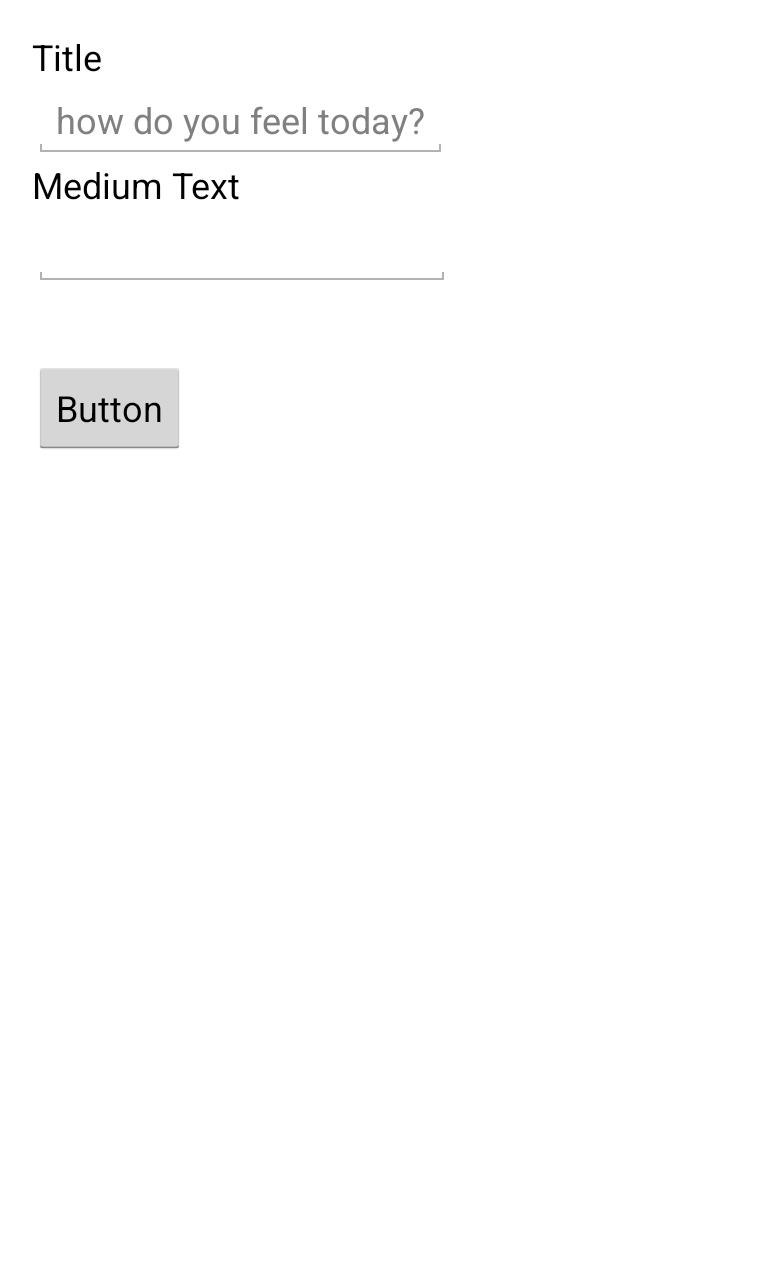
Repository: CMPUT301W14T11/Team11Prototype
Layout: LocationApp/res/layout/activity_enter_comments.xml
These files come from the project's save history. The layout is drawn as it stood at one moment and after the next save; the edit follows.
It is drawn on a 768 x 1280 px phone screen (xhdpi) without system bars, with theme AppTheme; the app's code is not run.

Above is the layout before, as saved 2014-02-18 17:47:58.

### LocationApp/res/layout/activity_enter_comments.xml
<LinearLayout xmlns:android="http://schemas.android.com/apk/res/android"
    xmlns:tools="http://schemas.android.com/tools"
    android:id="@+id/LinearLayout1"
    android:layout_width="match_parent"
    android:layout_height="match_parent"
    android:orientation="vertical"
    android:paddingBottom="@dimen/activity_vertical_margin"
    android:paddingLeft="@dimen/activity_horizontal_margin"
    android:paddingRight="@dimen/activity_horizontal_margin"
    android:paddingTop="@dimen/activity_vertical_margin"
    tools:context=".EnterCommentsActivity" >

    <TextView
        android:id="@+id/textView1"
        android:layout_width="wrap_content"
        android:layout_height="wrap_content"
        android:text="Title"
        android:textAppearance="?android:attr/textAppearanceMedium" />

    <EditText
        android:id="@+id/editText1"
        android:layout_width="wrap_content"
        android:layout_height="wrap_content"
        android:hint="how do you feel today?"
         >


    </EditText>

    <TextView
        android:id="@+id/textView2"
        android:layout_width="wrap_content"
        android:layout_height="wrap_content"
        android:text="Medium Text"
        android:textAppearance="?android:attr/textAppearanceMedium" />

    <EditText
        android:id="@+id/editText2"
        android:layout_width="wrap_content"
        android:layout_height="wrap_content"
        android:ems="10"
        android:inputType="textMultiLine" />

    <Button
        android:id="@+id/button1"
        android:layout_width="wrap_content"
        android:layout_height="wrap_content"
        android:layout_marginTop="36dp"
        android:text="Button" />

</LinearLayout>

Loaded but not shown: LocationApp/res/values/styles.xml (common file); LocationApp/res/values-v11/styles.xml (common file); LocationApp/res/values-v14/styles.xml (common file); LocationApp/res/values/dimens.xml (common file); LocationApp/res/values-w820dp/dimens.xml (common file)

After the next save:
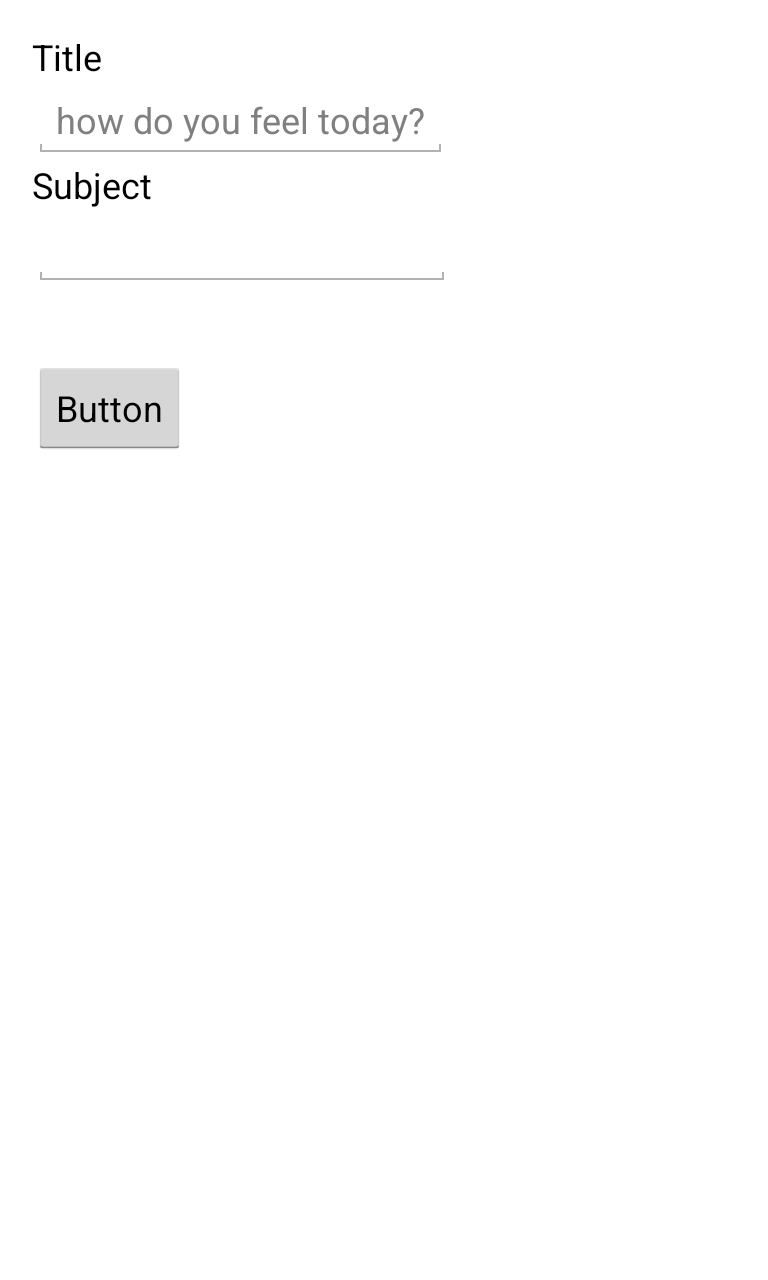
Saved 19 s later.
--- a/LocationApp/res/layout/activity_enter_comments.xml
+++ b/LocationApp/res/layout/activity_enter_comments.xml
@@ -31,7 +31,7 @@
         android:id="@+id/textView2"
         android:layout_width="wrap_content"
         android:layout_height="wrap_content"
-        android:text="Medium Text"
+        android:text="Subject"
         android:textAppearance="?android:attr/textAppearanceMedium" />
 
     <EditText
